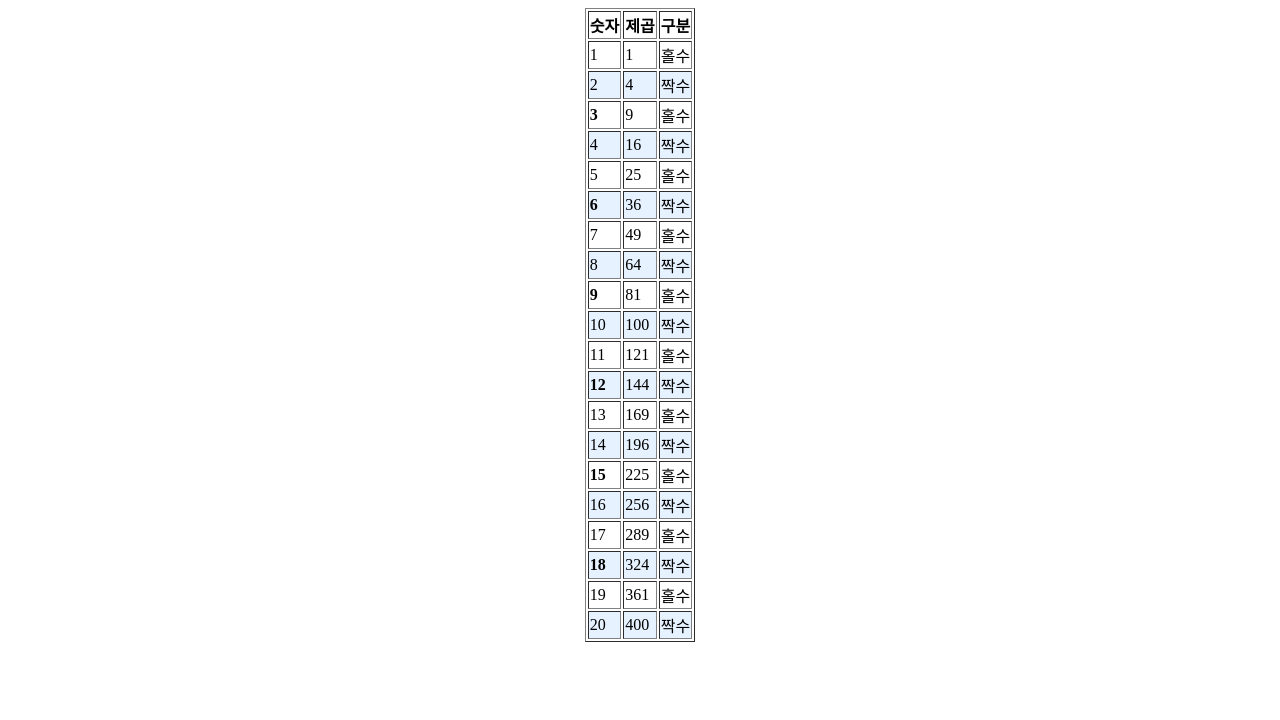
Repository: kkw3202/Jsp2026
Page: http://localhost/chapter01/example_stripe.jsp
The author's editor kept a copy of each file at every save. The page is drawn from the files as they stood at one save, then again after the next save.
The browser window is 1280 px wide. The pictures show the whole page.
The page is served by Tomcat 9.

Above is the page before, as saved 2026-10-16 05:49:13.

After the next save:
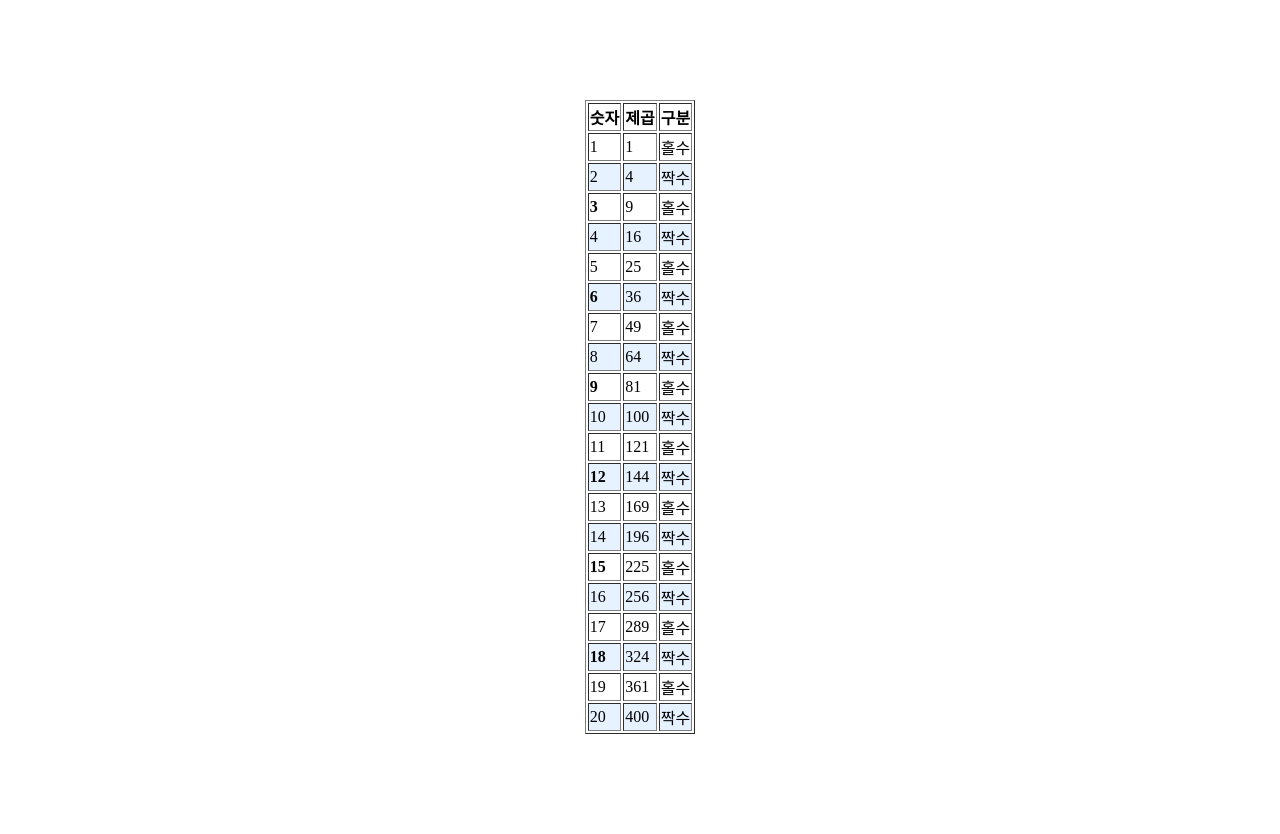
Saved 13 s later.
--- a/chapter01/src/main/webapp/example_stripe.jsp
+++ b/chapter01/src/main/webapp/example_stripe.jsp
@@ -8,7 +8,7 @@
 </head>
 <body>
 	<!-- 스타일 삽입 양식 : style='background-color: ' -->
-	<table style="margin: 0 auto" border="1px">
+	<table style="margin: 100px auto" border="1px">
 		<thead>
 			<tr>
 				<th>숫자</th>
